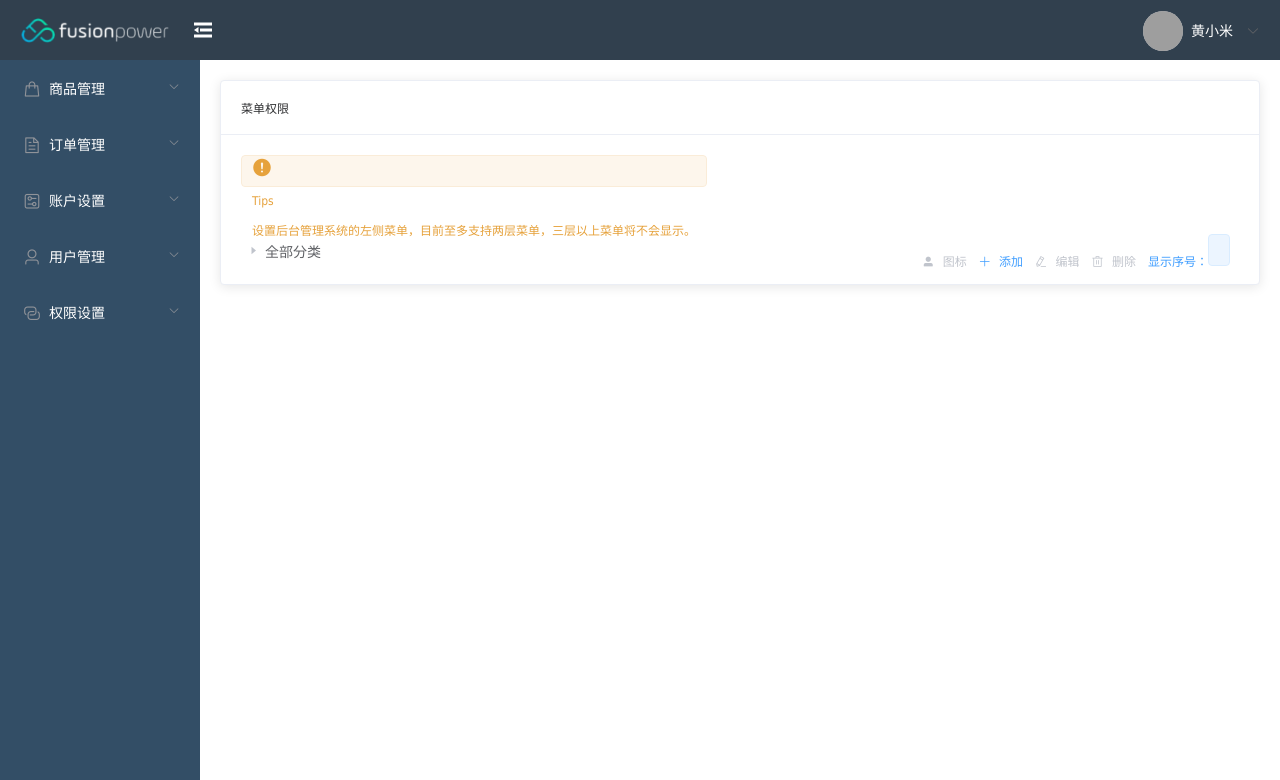
Repository: HanNing-cyber/vue-cms-project
Page: /#/auth/menu
An editor plug-in stored every save of this project. The page is shown before and after the next save, followed by the edit.
The browser window is 1280 px wide. The pictures show the whole page.
Pictures or frames that could not be fetched are drawn as grey boxes. The project was rebuilt for these pictures with package versions that can differ from the ones it lists, and the page was loaded fresh each time. Also part of the build but not shown: vue.config.js, src/views/Login.vue, src/views/Register.vue.

Above is the page before, as saved 2020-05-06 00:33:17.

After the next save:
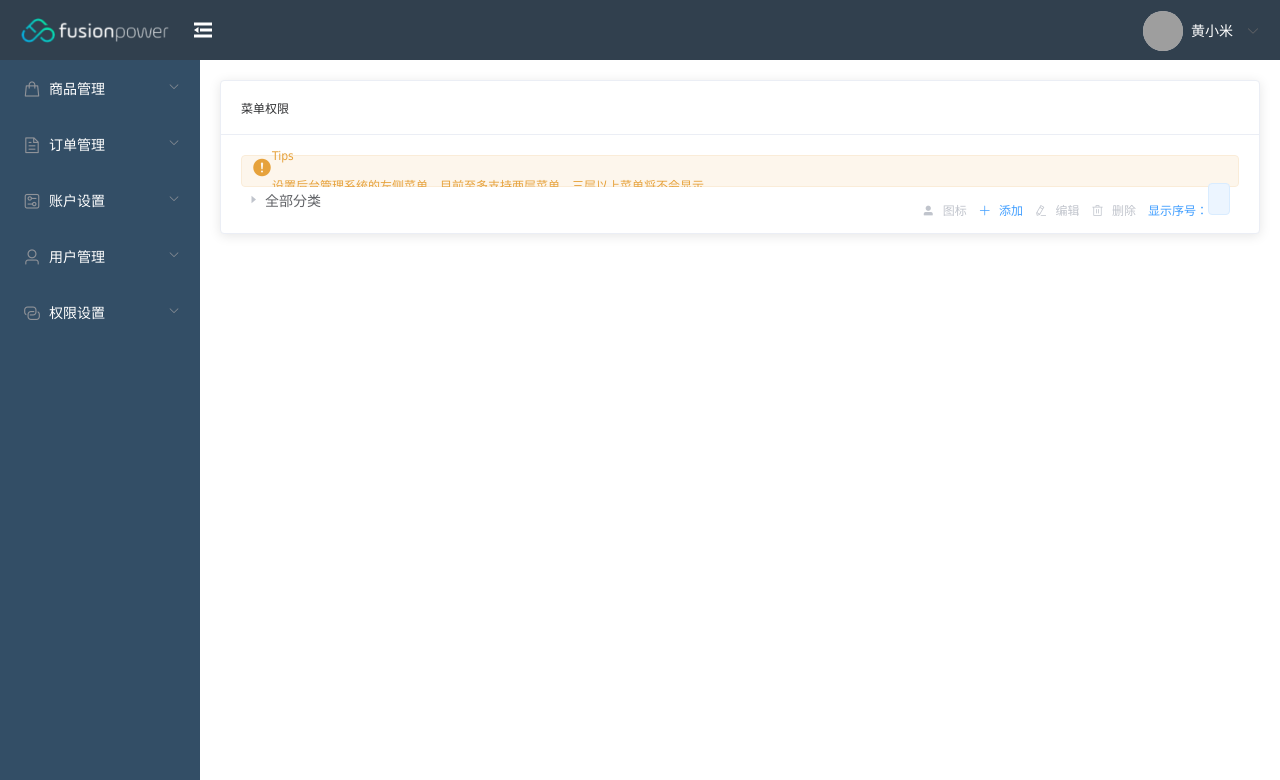
Saved 45 s later.
--- a/src/views/Auth/Menu.vue
+++ b/src/views/Auth/Menu.vue
@@ -220,4 +220,9 @@
 		font-size: 12px;
 		padding-left: 10px;
 	}
+	.tip-tag{
+		display: flex;
+		justify-content: flex-start;
+		align-items: center;
+	}
 </style>
